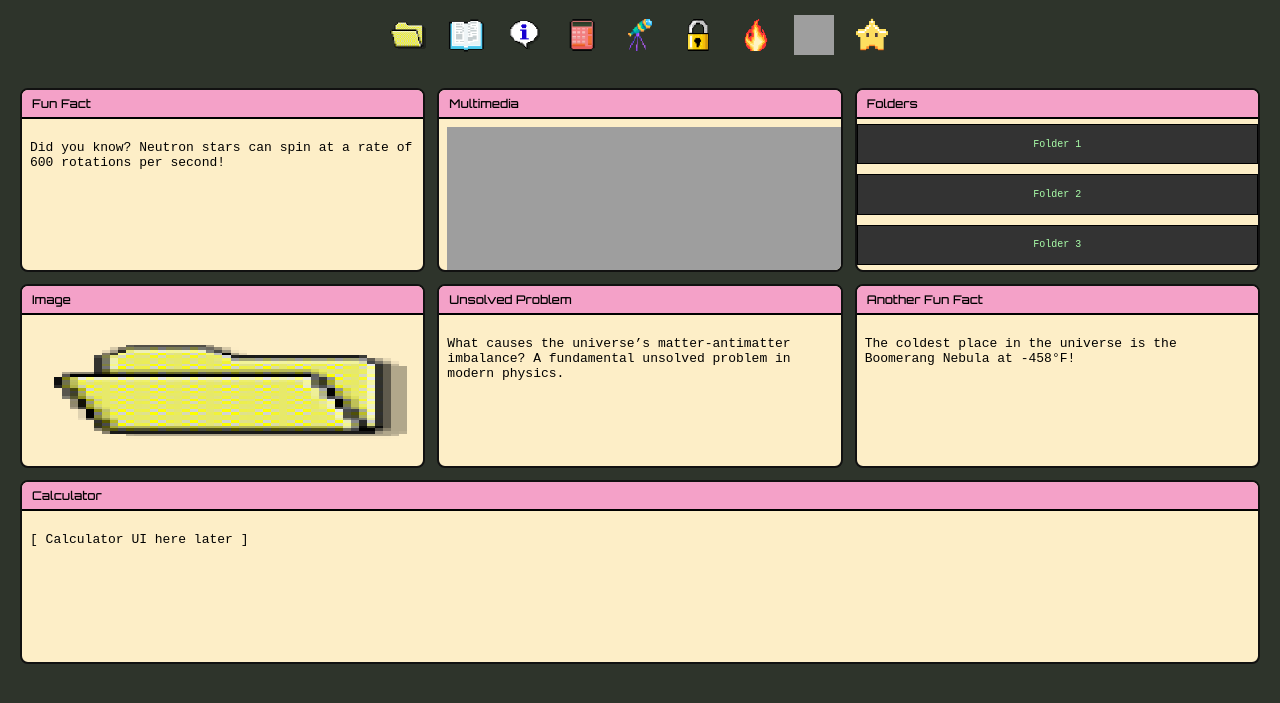
Repository: scarfer14/CCPHYS2L_Project
Page: /dashboard
An editor plug-in stored every save of this project. The page is shown before and after the next save, followed by the edit.
The browser window is 1280 px wide. The pictures show the whole page.
Pictures or frames that could not be fetched are drawn as grey boxes. The project was rebuilt for these pictures with package versions that can differ from the ones it lists, and the page was loaded fresh each time. Also part of the build but not shown: vite.config.js, src/astartsc/start.jsx.

Above is the page before, as saved 2025-05-28 23:32:51.

After the next save:
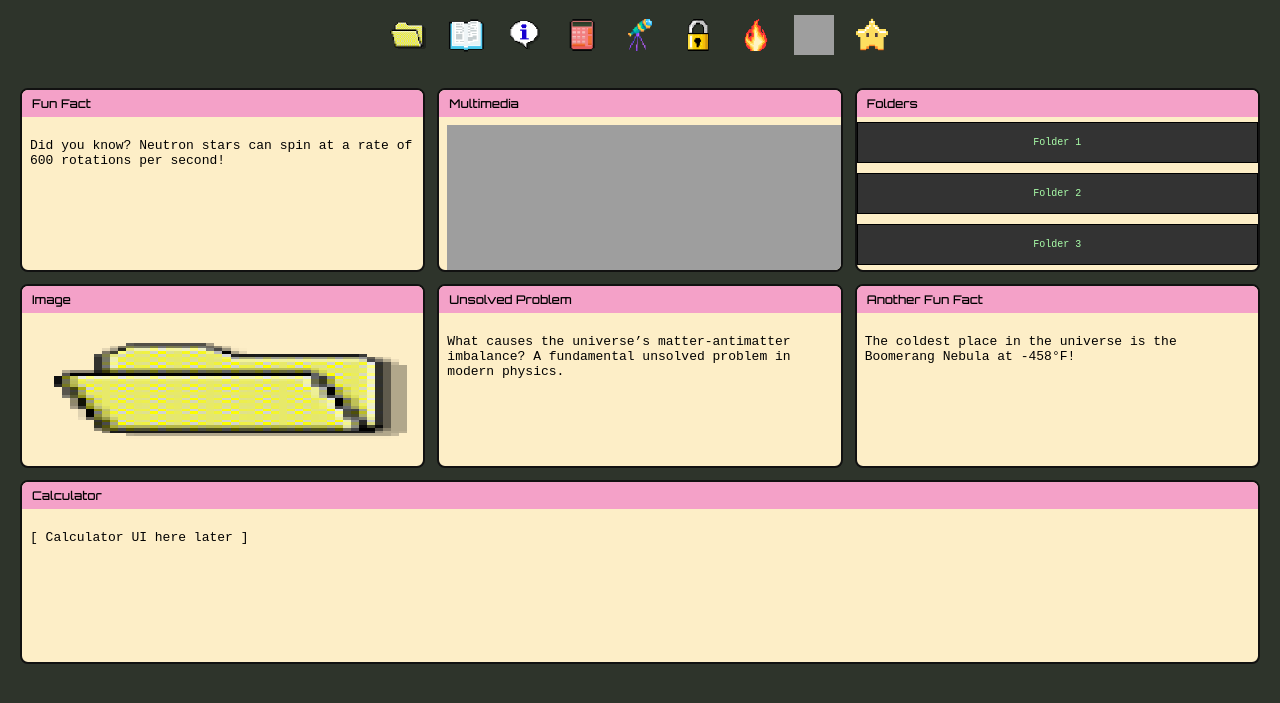
Saved 11 s later.
--- a/src/bdashsc/dashbody.css
+++ b/src/bdashsc/dashbody.css
@@ -28,7 +28,6 @@
   color: #000000;
   padding: 6px 10px;
   font-size: 12px;
-  border-bottom: 2px solid #000;
   font-family: 'Orbitron', sans-serif;
   text-align: left;
 }
